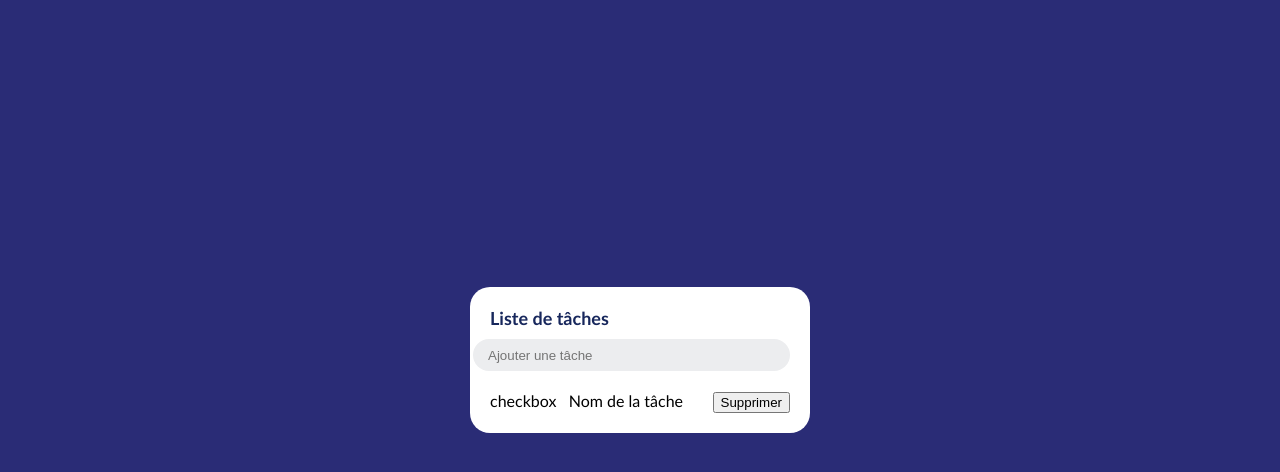
Repository: ndiemenguer/convertisseur
Page: / (app in todo-isep/)
An editor plug-in stored every save of this project. The page is shown before and after the next save, followed by the edit.
The browser window is 1280 px wide. The pictures show the whole page.
The project was rebuilt for these pictures with package versions that can differ from the ones it lists, and the page was loaded fresh each time. Also part of the build but not shown: todo-isep/vite.config.js, todo-isep/src/Application.jsx, todo-isep/src/index.css.

Above is the page before, as saved 2023-05-06 12:26:05.

### todo-isep/src/main.jsx
import React from 'react'
import ReactDOM from 'react-dom/client'
import App from './App.jsx'
import ApplicationDev from './Application.jsx'
import './index.css'


ReactDOM.createRoot(document.getElementById('root')).render(
  <React.StrictMode>
    <App />
  </React.StrictMode>,
)

### todo-isep/src/App.jsx
import "./App.css";

function App() {
  return (
    <>
      <main className="container">
        <div className="title">Liste de tâches</div>
        <div className="input-box">
          <input
            type="text"
            className="input"
            placeholder="Ajouter une tâche"
          />
          <button>Ajouter</button>
        </div>
        <div className="todo-list">
          <div className="todo-box">
            <div>checkbox &nbsp; Nom de la tâche</div>
            <div>
              <button>Supprimer</button>
            </div>
          </div>
        </div>
      </main>
    </>
  );
}

export default App;

### todo-isep/src/App.css
body {
  background: #2a2c76;
  display: flex;
  height: 100vh;
  width: 100vw;
  margin: 0;
  justify-content: center;
  align-items: center;
  font-family: calibri;
}

.container {
  background: white;
  width: 300px;
  min-height: 100px;
  border-radius: 20px;
  display: flex;
  flex-direction: column;
  gap: 20px;
  padding: 20px;
}

.container .title {
  font-size: 18px;
  font-weight: 600;
  color: #17275c;
}

.input-box {
  position: relative;
}

.todo-list {
  display: flex;
  flex-direction: column;
  gap: 10px;
}

.todo-box {
  display: flex;
  justify-content: space-between;
}

.input {
  width: 100%;
  height: 30px;
  border-radius: 20px;
  border: 0;
  outline: none;
  background-color: #ecedef;
  padding-left: 15px;
  position: absolute;
  right: 0;
  bottom: 0;
  z-index: 900;
}

Loaded but not shown: todo-isep/index.html (common file)

After the next save:
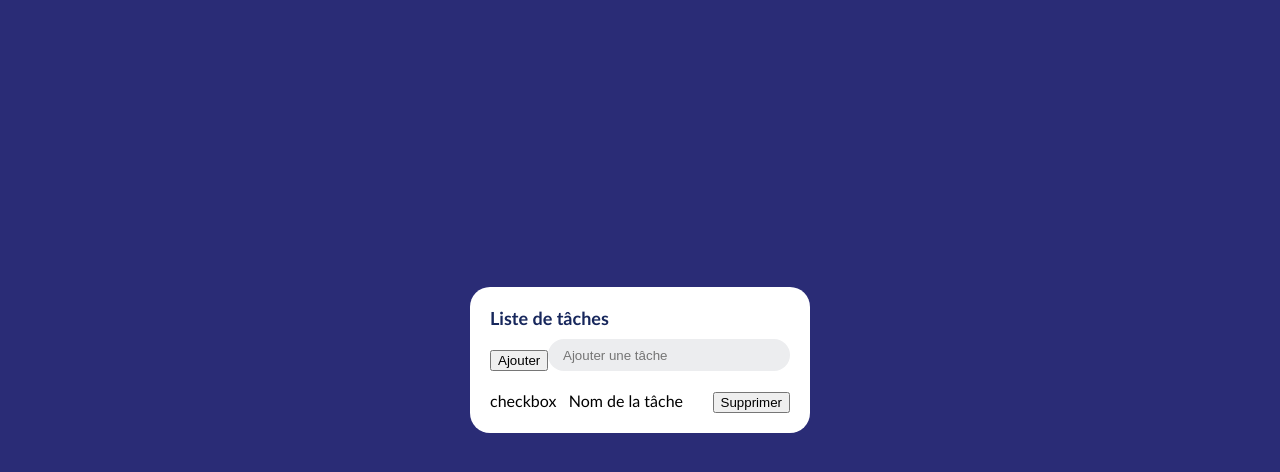
Saved 13 s later.
--- a/todo-isep/src/App.css
+++ b/todo-isep/src/App.css
@@ -42,7 +42,7 @@ body {
 }
 
 .input {
-  width: 100%;
+  width: 75%;
   height: 30px;
   border-radius: 20px;
   border: 0;
